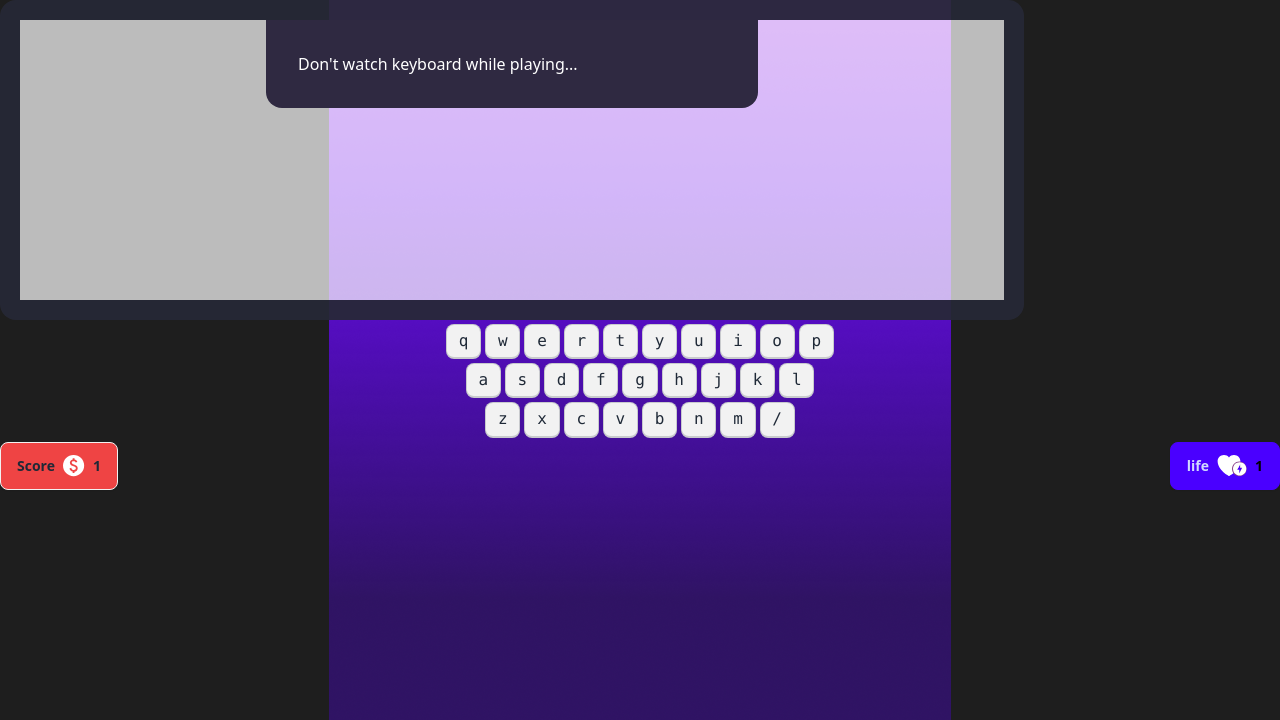
Repository: RudrasahaDibos/Alphabet-clash-
Page: index.html
These files come from the project's save history. The page is drawn as it stood at one moment and after the next save; the edit follows.
The browser window is 1280 px wide. The pictures show the whole page.
Some web fonts or font styles are not loaded; a fallback is used. Some web libraries are served in a nearby version.

Above is the page before, as saved 2024-11-04 12:26:30.

After the next save:
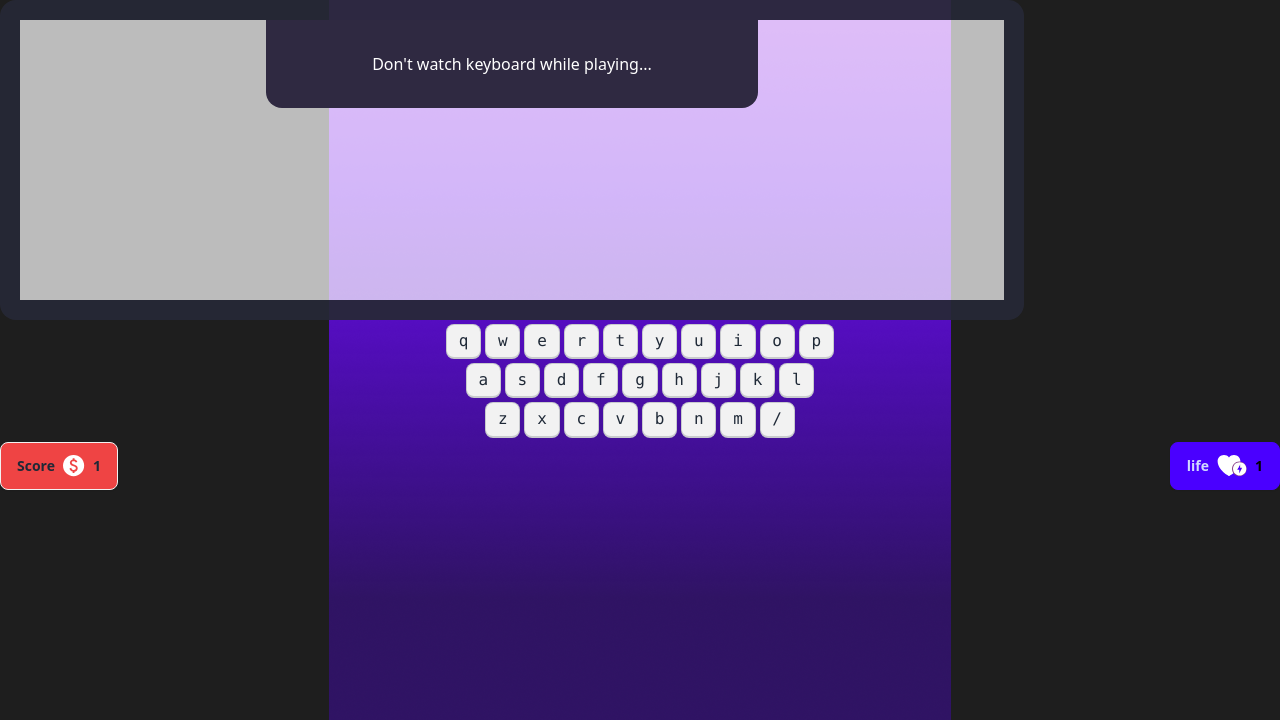
Saved 13 s later.
--- a/index.html
+++ b/index.html
@@ -34,7 +34,7 @@
                     <!-- display screen start here -->
                     <div class="artboard artboard-horizontal phone-6 border-[20px] border-[#010313CC] bg-[#FFFFFFB3] rounded-2xl">
                           <div class="flex justify-center ">
-                            <p class="text-white bg-[#2F2941] p-8  rounded-b-2xl w-2/4">Don't watch keyboard  while playing...</p>
+                            <p class="text-white bg-[#2F2941] p-8 text-center rounded-b-2xl w-2/4">Don't watch keyboard  while playing...</p>
                           </div>
                     </div>
                      <!-- dispaly screen end here -->
